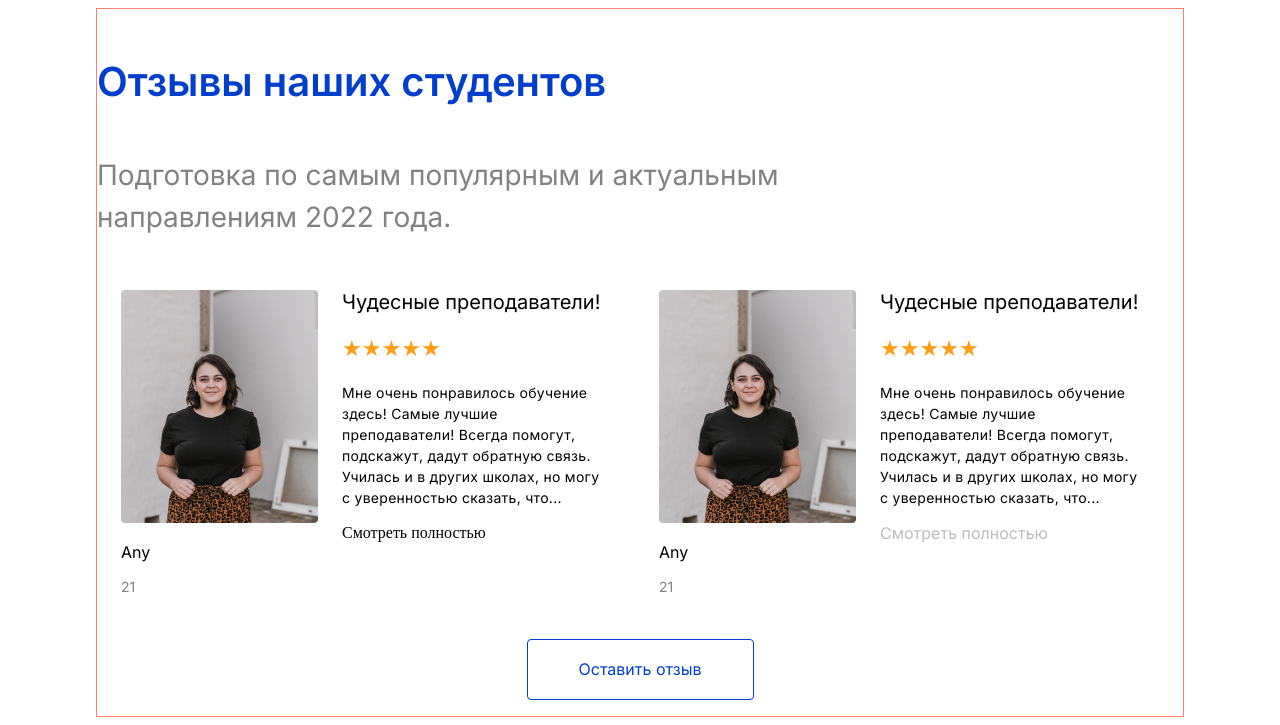
Repository: Malvuna/Studi
Page: index.html
An editor plug-in stored every save of this project. The page is shown before and after a run of saves, followed by the edit.
The browser window is 1280 px wide. The pictures show the whole page.

Above is the page before, as saved 2022-07-11 18:00:27.

### index.html

<!DOCTYPE html>
<html lang="en">
  <head>
    <meta charset="UTF-8" />
    <meta http-equiv="X-UA-Compatible" content="IE=edge" />
    <meta name="viewport" content="width=device-width, initial-scale=1.0" />
    <link rel="stylesheet" href="./css/style.css" />
    <link rel="preconnect" href="https://fonts.googleapis.com">
    <link rel="preconnect" href="https://fonts.gstatic.com" crossorigin>
    <link href="https://fonts.googleapis.com/css2?family=Caveat:wght@400;600;700&family=Inter:wght@400;600;700&display=swap" rel="stylesheet">
  <body>
    <header>
    </header>

    <main>
      <div id="container" class="container">

      <p class="h1">Отзывы наших студентов</p>
      <p class="head">Подготовка по самым популярным и актуальным </br> направлениям 2022 года.</p>
      <div id="divAllCard"> </div>
      <div id="navigator"></div>
      <button class="button">Оставить отзыв</button>

    </div>
    </main>


    <footer>

    </footer>

  </body>
  <script type="module" src="./javascript/javascript.js"></script>
</html>

### css/style.css
body {
  background-color: white;
}

.container {
  width: 1086px;
  border: 1px salmon solid;
  text-align: left;
  margin: 0 auto
}

.h1 {
  font-family: "Inter";
  font-style: normal;
  font-weight: 600;
  font-size: 40px;
  line-height: 65px;
  color: #003ecb;
}

.head {
  font-family: "Inter";
  font-style: normal;
  font-weight: 400;
  font-size: 28px;
  line-height: 42px;
  color: #828282;
}

.divAllCard {
  display: flex;
}

.divOneCard {
  width: 490px;
  height: 325px;
  background-color: white;
  display: flex;
  padding: 24px 24px;
}

.textName {
  font-family: "Inter";
  font-style: normal;
  font-weight: 400;
  font-size: 16px;
  line-height: 19px;
  color: #000000;
}

.textAge {
  font-family: "Inter";
  font-style: normal;
  font-weight: 400;
  font-size: 14px;
  line-height: 17px;
  color: #828282;
}

.cardRight {
  padding-left: 24px;
}


.textHead {
  font-family: "Inter";
  font-style: normal;
  font-weight: 500;
  font-size: 20px;
  line-height: 24px;
  color: #000000;
  margin-top: 0;
}

.textStar {
  font-family: "Inter";
  font-style: normal;
  font-weight: 500;
  font-size: 22px;
  line-height: 24px;
  color: #fe9d17;
}

.textText {
  font-family: "Inter";
  font-style: normal;
  font-weight: 400;
  font-size: 14px;
  line-height: 21px;
  letter-spacing: 0.02em;
  color: #000000;
}

.textAll {
  font-family: "Inter";
  font-style: normal;
  font-weight: 400;
  font-size: 16px;
  line-height: 19px;
  color: #bdbdbd;
}

.navigator{
    display: flex;
    justify-content: space-between;
}

.button {
  width: 227px;
  height: 61px;

  background: #ffffff;
  border: 1px solid #003ecb;
  border-radius: 4px;

  font-family: "Inter";
  font-style: normal;
  font-weight: 500;
  font-size: 16px;
  line-height: 45px;
  color: #003ecb;

  margin: 0 auto;
  display: block;
}

### javascript/javascript.js
//Общий контейнер
let container = document.querySelector("#container");

//див с карточками
let divAllCard = document.querySelector("#divAllCard");
divAllCard.className = "divAllCard";

//див одной карточки
let divOneCard = document.createElement("div");
divOneCard.className = "divOneCard";
divAllCard.append(divOneCard);


//карточка левый блок
let cardLeft = document.createElement("div");
divOneCard.append(cardLeft);

let cardImg = document.createElement("img");
cardImg.src = "/img/Photo.jpg"
cardLeft.append(cardImg);

let textName = document.createElement("p");
textName.innerHTML = "Any";
textName.className = "textName";
cardLeft.append(textName);

let textAge = document.createElement("p");
textAge.innerHTML = "21";
textAge.className = "textAge";
cardLeft.append(textAge);

//карточка парвый блок
let cardRight = document.createElement("div");
cardRight.className = "cardRight";
divOneCard.append(cardRight);

let textHead = document.createElement("p");
textHead.innerHTML = "Чудесные преподаватели!";
textHead.className = "textHead";
cardRight.append(textHead);

let textStar = document.createElement("p");
textStar.innerHTML = "★★★★★";
textStar.className = "textStar";
cardRight.append(textStar);

let textText = document.createElement("p");
textText.innerHTML = "Мне очень понравилось  обучение здесь! Самые лучшие преподаватели! Всегда помогут, подскажут, дадут обратную связь. Училась и в других школах, но могу с уверенностью сказать, что...";
textText.className = "textText";
cardRight.append(textText);

let textAll = document.createElement("p");
textAll.innerHTML = "Смотреть полностью";
textAll.className = "textAll";
cardRight.append(textAll);


// вторая карточка
var divTwoCard = divOneCard.cloneNode(true);
divAllCard.append(divTwoCard);

//навигатор
let divNavigator = document.querySelector("#navigator");
textAll.className = "navigator";
container.append(divNavigator);

let leftArrow = document.createElement("div");
divNavigator.append(leftArrow);

let leftArrowP = document.createElement("p");
textStar.innerHTML = "★★★★★";
leftArrow.append(leftArrowP);


let signList = document.createElement("div");

divNavigator.append(signList);

let rightArrow = document.createElement("div");

divNavigator.append(rightArrow);

After the next 2 saves:
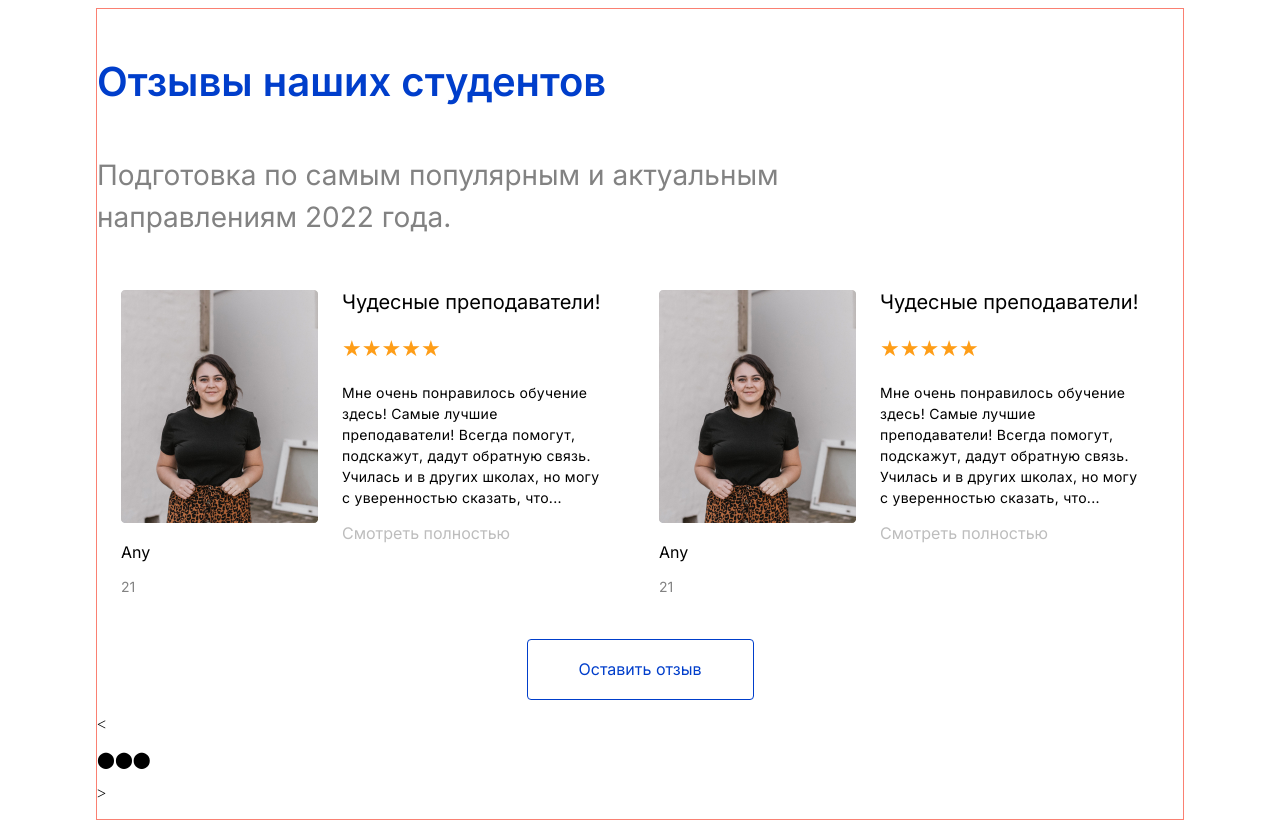
The 2 saves are shown as one change because they came seconds apart.
The last was saved 58 s later.
--- a/javascript/javascript.js
+++ b/javascript/javascript.js
@@ -61,21 +61,17 @@ divAllCard.append(divTwoCard);
 
 //навигатор
 let divNavigator = document.querySelector("#navigator");
-textAll.className = "navigator";
+textAll.className = "textAll";
 container.append(divNavigator);
 
-let leftArrow = document.createElement("div");
+let leftArrow = document.createElement("p");
+leftArrow.innerHTML = "<";
 divNavigator.append(leftArrow);
 
-let leftArrowP = document.createElement("p");
-textStar.innerHTML = "★★★★★";
-leftArrow.append(leftArrowP);
-
-
-let signList = document.createElement("div");
-
+let signList = document.createElement("p");
+signList.innerHTML = "⬤⬤⬤";
 divNavigator.append(signList);
 
-let rightArrow = document.createElement("div");
-
+let rightArrow = document.createElement("p");
+rightArrow.innerHTML = ">";
 divNavigator.append(rightArrow);
